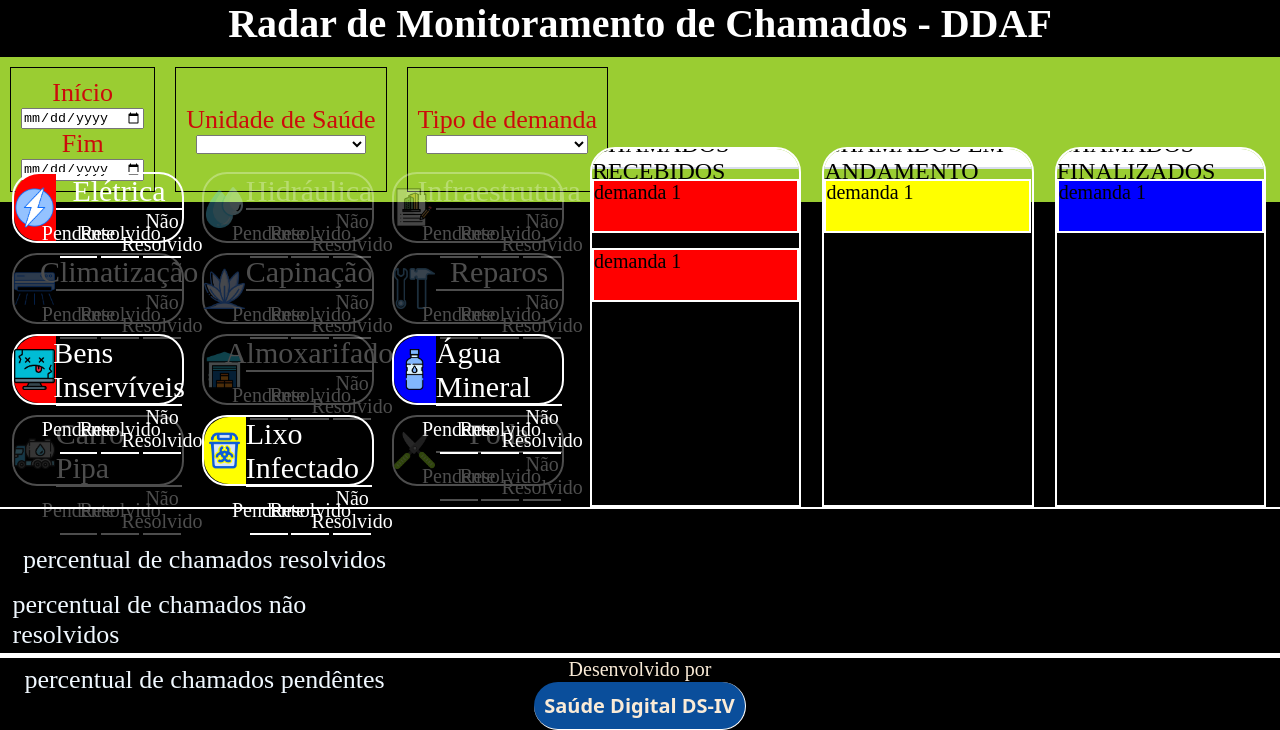
Repository: br-on/ddaf-chamados
Page: index.html
These files come from the project's save history. The page is drawn as it stood at one moment and after the next save; the edit follows.
The browser window is 1280 px wide. The pictures show the whole page.

Above is the page before, as saved 2025-01-25 01:13:37.

### index.html
<!DOCTYPE html>
<html lang="pt-br">
<head>
    <meta charset="UTF-8">
    <meta name="viewport" content="width=device-width, initial-scale=1.0">
    <link rel="stylesheet" href="style.css">
    <title>Radar de Chamados</title>

</head>
<body>
    <header>
       <center><h1>Radar de Monitoramento de Chamados - DDAF</h1></center>
        <section class="filtros">
            <div class="opcao-filtro">
                <label for="">Início</label>
                <input type="date">
                <label for="">Fim</label>
                <input type="date">
            </div>
            <div class="opcao-filtro">
                <label for="">Unidade de Saúde</label>
                <select name="" id="">
                    <option value=""> </option>
                    <option value="">Unidade X</option>
                    <option value="">Unidade X</option>
                    <option value="">Unidade X</option>
                    <option value="">Unidade X</option>
                </select>
            </div>
            <div class="opcao-filtro">
                <label for="">Tipo de demanda</label>
                <select name="" id="">
                    <option value=""> </option>
                    <option value="">Demanda X</option>
                    <option value="">Demanda X</option>
                    <option value="">Demanda X</option>
                    <option value="">Demanda X</option>
                </select>
            </div>
        </section>
    </header>
    <main>
        <section class="tipos-demandas">
            <div class="demanda-tipo">
                <div class="img-tipo-demanda red">
                    <img src="img/tipo-demanda-eletrica.png" alt="">
                </div>
                <div class="info-tipo-demanda">
                    <div class="titulo-tipo-demanda">Elétrica</div>
                    <div class="contagem-tipo-demanda">
                        <div class="caixa-finalizado">Pendente</div>
                        <div class="caixa-finalizado">Resolvido</div>
                        <div class="caixa-finalizado"><center>Não Resolvido</center></div>
                    </div>
                </div>
            </div>
            <div class="demanda-tipo  div-opaca">
                <div class="img-tipo-demanda">
                    <img src="img/tipo-demanda-hidráulica.png" alt="">
                </div>
                <div class="info-tipo-demanda">
                    <div class="titulo-tipo-demanda">Hidráulica</div>
                    <div class="contagem-tipo-demanda">
                        <div class="caixa-finalizado">Pendente</div>
                        <div class="caixa-finalizado">Resolvido</div>
                        <div class="caixa-finalizado"><center>Não Resolvido</center></div>
                    </div>
                </div>
            </div>
            <div class="demanda-tipo div-opaca">
                <div class="img-tipo-demanda">
                    <img src="img/tipo-demanda-infraestrutura.png" alt="">
                </div>
                <div class="info-tipo-demanda">
                    <div class="titulo-tipo-demanda">Infraestrutura</div>
                    <div class="contagem-tipo-demanda">
                        <div class="caixa-finalizado">Pendente</div>
                        <div class="caixa-finalizado">Resolvido</div>
                        <div class="caixa-finalizado"><center>Não Resolvido</center></div>
                    </div>
                </div>
            </div>
            <div class="demanda-tipo div-opaca">
                <div class="img-tipo-demanda">
                    <img src="img/tipo-demanda-climatizacao.png" alt="">
                </div>
                <div class="info-tipo-demanda">
                    <div class="titulo-tipo-demanda">Climatização</div>
                    <div class="contagem-tipo-demanda">
                        <div class="caixa-finalizado">Pendente</div>
                        <div class="caixa-finalizado">Resolvido</div>
                        <div class="caixa-finalizado"><center>Não Resolvido</center></div>
                    </div>
                </div>
            </div>
            <div class="demanda-tipo div-opaca">
                <div class="img-tipo-demanda">
                    <img src="img/tipo-demanda-capinacao.png" alt="">
                </div>
                <div class="info-tipo-demanda">
                    <div class="titulo-tipo-demanda">Capinação</div>
                    <div class="contagem-tipo-demanda">
                        <div class="caixa-finalizado">Pendente</div>
                        <div class="caixa-finalizado">Resolvido</div>
                        <div class="caixa-finalizado"><center>Não Resolvido</center></div>
                    </div>
                </div>
            </div>
            <div class="demanda-tipo div-opaca">
                <div class="img-tipo-demanda">
                    <img src="img/tipo-demanda-reparos.png" alt="">
                </div>
                <div class="info-tipo-demanda">
                    <div class="titulo-tipo-demanda">Reparos</div>
                    <div class="contagem-tipo-demanda">
                        <div class="caixa-finalizado">Pendente</div>
                        <div class="caixa-finalizado">Resolvido</div>
                        <div class="caixa-finalizado"><center>Não Resolvido</center></div>
                    </div>
                </div>
            </div>
            <div class="demanda-tipo">
                <div class="img-tipo-demanda red">
                    <img src="img/tipo-demanda-inserviveis.png" alt="">
                </div>
                <div class="info-tipo-demanda">
                    <div class="titulo-tipo-demanda">Bens Inservíveis</div>
                    <div class="contagem-tipo-demanda">
                        <div class="caixa-finalizado">Pendente</div>
                        <div class="caixa-finalizado">Resolvido</div>
                        <div class="caixa-finalizado"><center>Não Resolvido</center></div>
                    </div>
                </div>
            </div>
            <div class="demanda-tipo div-opaca">
                <div class="img-tipo-demanda">
                    <img src="img/tipo-demanda-almoxarifado.png" alt="">
                </div>
                <div class="info-tipo-demanda">
                    <div class="titulo-tipo-demanda">Almoxarifado</div>
                    <div class="contagem-tipo-demanda">
                        <div class="caixa-finalizado">Pendente</div>
                        <div class="caixa-finalizado">Resolvido</div>
                        <div class="caixa-finalizado"><center>Não Resolvido</center></div>
                    </div>
                </div>
            </div>
            <div class="demanda-tipo">
                <div class="img-tipo-demanda blue">
                    <img src="img/tipo-demanda-agua-minireal.png" alt="">
                </div>
                <div class="info-tipo-demanda">
                    <div class="titulo-tipo-demanda">Água Mineral</div>
                    <div class="contagem-tipo-demanda">
                        <div class="caixa-finalizado">Pendente</div>
                        <div class="caixa-finalizado">Resolvido</div>
                        <div class="caixa-finalizado"><center>Não Resolvido</center></div>
                    </div>
                </div>
            </div>
            <div class="demanda-tipo div-opaca">
                <div class="img-tipo-demanda">
                    <img src="img/tipo-demanda-carro-pipa.png" alt="">
                </div>
                <div class="info-tipo-demanda">
                    <div class="titulo-tipo-demanda">Carro Pipa</div>
                    <div class="contagem-tipo-demanda">
                        <div class="caixa-finalizado">Pendente</div>
                        <div class="caixa-finalizado">Resolvido</div>
                        <div class="caixa-finalizado"><center>Não Resolvido</center></div>
                    </div>
                </div>
            </div>
            <div class="demanda-tipo">
                <div class="img-tipo-demanda yellow">
                    <img src="img/tipo-demanda-lixo-infectado.png" alt="">
                </div>
                <div class="info-tipo-demanda">
                    <div class="titulo-tipo-demanda">Lixo Infectado</div>
                    <div class="contagem-tipo-demanda">
                        <div class="caixa-finalizado">Pendente</div>
                        <div class="caixa-finalizado">Resolvido</div>
                        <div class="caixa-finalizado"><center>Não Resolvido</center></div>
                    </div>
                </div>
            </div>
            <div class="demanda-tipo div-opaca">
                <div class="img-tipo-demanda">
                    <img src="img/tipo-demanda-poda.png" alt="">
                </div>
                <div class="info-tipo-demanda">
                    <div class="titulo-tipo-demanda">Poda</div>
                    <div class="contagem-tipo-demanda">
                        <div class="caixa-finalizado">Pendente</div>
                        <div class="caixa-finalizado">Resolvido</div>
                        <div class="caixa-finalizado"><center>Não Resolvido</center></div>
                    </div>
                </div>
            </div>
        </section>
        <section class="andamento-demandas">
            <div class="demanda-andamento">
                <div class="titulo-andamento">CHAMADOS RECEBIDOS</div>
                <div class="area-andamento">
                    <div class="demanda red">
                        demanda 1
                    </div>
                    <div class="demanda red">
                        demanda 1
                    </div>
                </div>
            </div>
            <div class="demanda-andamento">
                <div class="titulo-andamento">CHAMADOS EM ANDAMENTO</div>
                <div class="area-andamento">
                    <div class="demanda yellow">
                        demanda 1
                    </div>
                </div>
            </div>
            <div class="demanda-andamento">
                <div class="titulo-andamento">CHAMADOS FINALIZADOS</div>
                <div class="area-andamento">
                    <div class="demanda blue">
                        demanda 1
                    </div>
                </div>
            </div>
        </section>
    </main>
    <section class="percentual">Relatório Geral
        <div class="relatorio-geral">
            percentual de chamados resolvidos
        </div>
        <div class="relatorio-geral">
            percentual de chamados não resolvidos
        </div>
        <div class="relatorio-geral">
            percentual de chamados pendêntes
        </div>
    </section>
    <footer> Desenvolvido por
        <div class="footer-sdds4">Saúde Digital DS-IV</div>
    </footer>
</body>
</html>

### style.css
* {
    margin: 0;
    padding: 0;
}
body {
    background-color: black;
    display: flex;
    height: 100vh;
    flex-direction: column;
}
header {
    height: 10vh;
    border-bottom: solid 3px white ;
    display: flex;
    flex-direction: column;
    align-items: center;
    justify-content: center;
}
header h1 {
    color: white;
    font-family:'Times New Roman', Times, serif
}
main {
    height: 70vh;
}
.percentual {
    height: 15vh;
    border-top: solid 2px white;
}
footer {
    height:5vh;
    display: flex;
    flex-direction: column;
    align-items: center;
    justify-content: center;
    color: antiquewhite;
    border-top: solid 5px white;
}
.filtros {
    display: flex;
}
.tipos-demandas {
    height: 45%;
    display: grid;
    justify-content: center;
    grid-template-columns: 30% 30% 30%;
    grid-template-rows: 22.5% 22.5% 22.5% 22.5%;
    column-gap: 3%;
}
.andamento-demandas {
    height: 55%;
    display: grid;
    justify-content: center;
    grid-template-columns: 30% 30% 30%;
    column-gap: 3%;
}

.demanda-tipo {
    border: solid rgb(255, 255, 255) 2px;
    border-radius: 25px;
    margin-top: 10px;
    display: flex;
}
.demanda-andamento{
    border: solid 2.5px rgb(255, 255, 255);
    border-top-left-radius: 25px;
    border-top-right-radius: 25px;
    display: flex;
    flex-direction: column;
    overflow-y: auto;
}
.titulo-andamento {
    display: flex;
    align-items: center;
    justify-content: center;
    border-bottom: solid 2px rgb(217, 221, 236);
    font-size: 1.2em;
    background-color: rgb(255, 255, 255);
    border-top-left-radius: 20px;
    border-top-right-radius: 20px;
    height: 5%;
}
.area-andamento {
    height: 95%;
    display: flex;
    flex-direction: column;
    overflow-y: auto;
    overflow-x: hidden;
    box-sizing: border-box;
    margin-top: 10px;
}
.demanda {
    background-color: brown;
    margin-bottom: 15px;
    min-height: 50px;
    border: solid 2px white;
    width: 98%;
}
.footer-sdds4{
    margin-top: 1.5px;
    background-color: rgb(10, 78, 155);
    border-radius: 30px;
    padding: 10px;
    font-family:system-ui, -apple-system, BlinkMacSystemFont, 'Segoe UI', Roboto, Oxygen, Ubuntu, Cantarell, 'Open Sans', 'Helvetica Neue', sans-serif;
    font-weight: bold;
    border-bottom: solid 1px white;
    border-right: solid 0.8px white;
}
.opcao-filtro, .relatorio-geral {
    color: aliceblue;
    font-size: 1.3em;
    margin: 10px;
    display: flex;
    align-items: center;
    justify-content: center;
    padding: 2.5px;
    display: flex;
    flex-direction: column;
    width: 30vw;
}
.opcao-filtro select {
    width: 90%;
}
.img-tipo-demanda {
    width: 25%;
    border-top-left-radius: 25px;
    border-bottom-left-radius: 25px;
    display: flex;
    align-items: center;
    justify-content: center;
}
.img-tipo-demanda img {
    max-height: 90%;
    max-width: 98%;
}
.info-tipo-demanda {
    color: white;
    width: 75%;
    border-top-right-radius: 25px;
    border-bottom-right-radius: 25px;
    display: flex;
    flex-direction: column;
}
.titulo-tipo-demanda {
    font-size: 1.5em;
    border-bottom: solid 2.5px white;
    display: flex;
    align-items: center;
    justify-content: center;
}
.contagem-tipo-demanda {
    display: flex;

}
.caixa-finalizado {
    display: flex;
    align-items: center;
    justify-content: center;
    width: 30%;
    margin-left: 3%;
    border-bottom: solid 2px white;
}

.red {
    background-color: red;
}
.yellow{
    background-color: yellow;
}
.blue {
    background-color: blue;
}
.div-opaca {
    opacity: 0.3; /* Define a opacidade da div (80%) */
}

/* Media Query para telas menores que 768px */
@media (max-width: 768px) {
    body {
        height: auto;
        width: 100vw;
    }
    header {
        font-size: 0.7em;
        height: 150px;
    }
    main {
        height: auto;
    }
    .andamento-demandas {
        display: grid;
        justify-content: center;
        grid-template-columns: 100%;
        grid-template-rows: auto;
        row-gap: 5px;
    }

    .percentual {
        font-size: 0.7em;
        height: 200px;
        border-top: solid 2px rgb(255, 255, 255);
    }
    footer {
        height:50px;
        padding: 5px;
        background-color: rgb(0, 0, 0);
        border-top: solid 5px white;
    }
    .tipos-demandas {
        height: 600px;
        font-size: 0.7em;
        display: grid;
        justify-content: center;
        grid-template-columns: 45% 45%;
        grid-template-rows: 15% 15% 15% 15% 15% 15%;
        row-gap: 10px;
    }
    .demanda-tipo {
        height: 75px;
    }
    .demanda-andamento{
        background-color: cadetblue;
        height: 250px;
        margin-bottom: 15px;
    }
}
@media (min-aspect-ratio: 3/2) {
    body {
        font-size: 20px;
    }
    header {
        height: 20vh;
        border-bottom: solid 3px white ;
        display: flex;
        flex-direction: column;
        align-items: center;
        justify-content: flex-start;
    }
    .filtros {
        width: 100vw;
        display: flex;
        background-color: yellowgreen;
        margin-top: 10px;
    }
    .opcao-filtro {
        color: rgb(204, 11, 11);
        font-size: 1.3em;
        display: flex;
        width: auto;
        padding: 10px;
        border: solid 1px black;
    }
    .opcao-filtro select {
        width: 90%;
    }
    main {
        height: 50vh;
        display: flex;
        flex-direction: row;
    }
    .tipos-demandas {
        width: 45%;
        height: 100%;
        margin-top: 15px;
        display: grid;
        justify-content: center;
        grid-template-columns: 30% 30% 30%;
        grid-template-rows: 22.5% 22.5% 22.5% 22.5%;
        column-gap: 3%;
    }
    .andamento-demandas {
        width: 55%;
        height: 100%;
        display: grid;
        justify-content: center;
        grid-template-columns: 30% 30% 30%;
        column-gap: 3%;
    }
    .percentual {
        height: 20vh;
        border-top: solid 2px white;
    }
    footer {
        height: 10vh;
        display: flex;
        flex-direction: column;
        align-items: center;
        justify-content: center;
        color: antiquewhite;
        border-top: solid 5px white;
    }
}

After the next save:
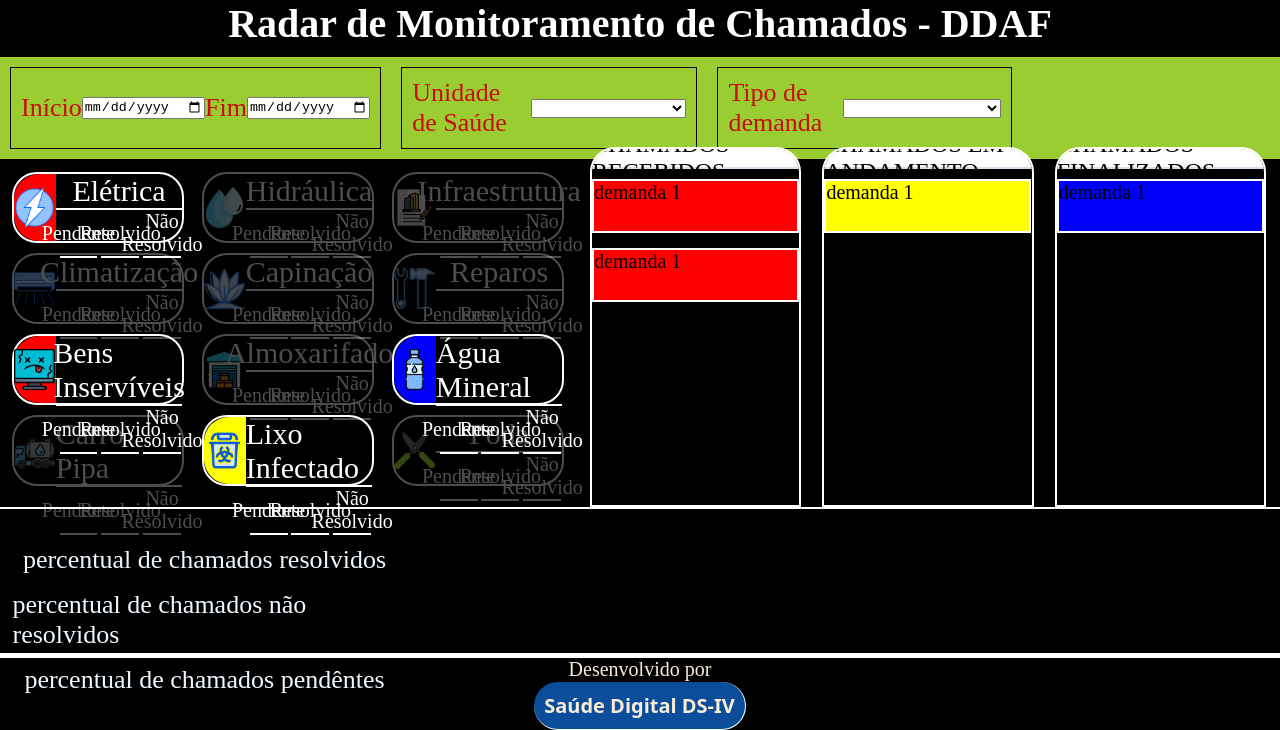
Saved 56 s later.
--- a/style.css
+++ b/style.css
@@ -246,6 +246,7 @@ footer {
         color: rgb(204, 11, 11);
         font-size: 1.3em;
         display: flex;
+        flex-direction: row;
         width: auto;
         padding: 10px;
         border: solid 1px black;
